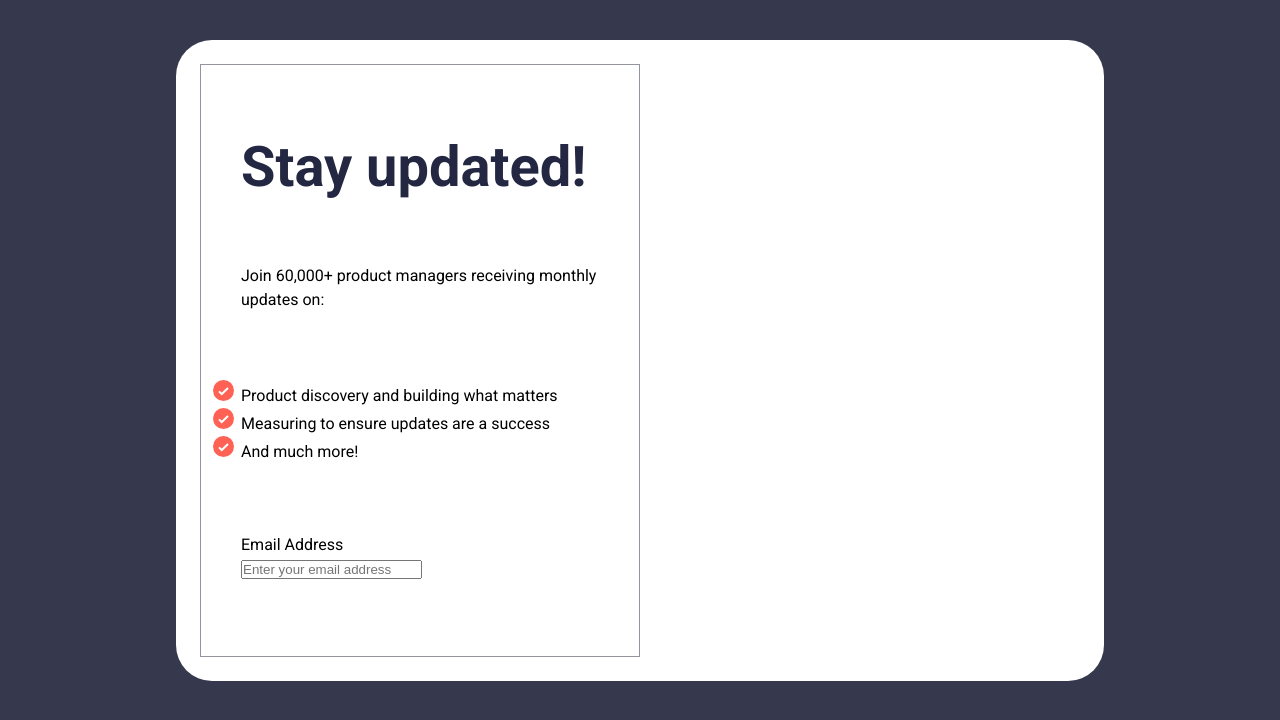
Repository: brandontaylor1/newsletter-signup
Page: index.html
These files come from the project's save history. The page is drawn as it stood at one moment and after the next save; the edit follows.
The browser window is 1280 px wide. The pictures show the whole page.

Above is the page before, as saved 2025-01-19 20:12:07.

After the next save:
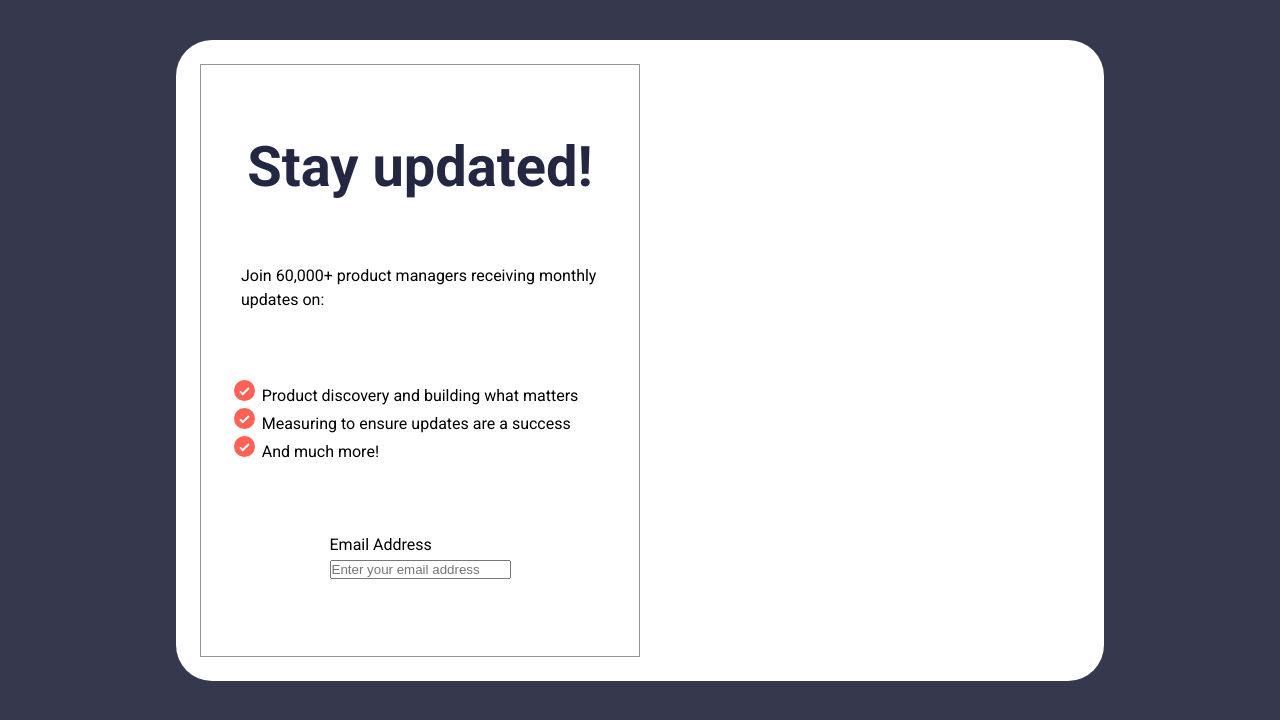
Saved 42 s later.
--- a/styles.css
+++ b/styles.css
@@ -49,6 +49,7 @@
     display: flex;
     flex-direction: column;
     justify-content: space-around;
+    align-items: center;
     border: 1px solid var(--neutral-color-gray);
 }
 

After the save that followed:
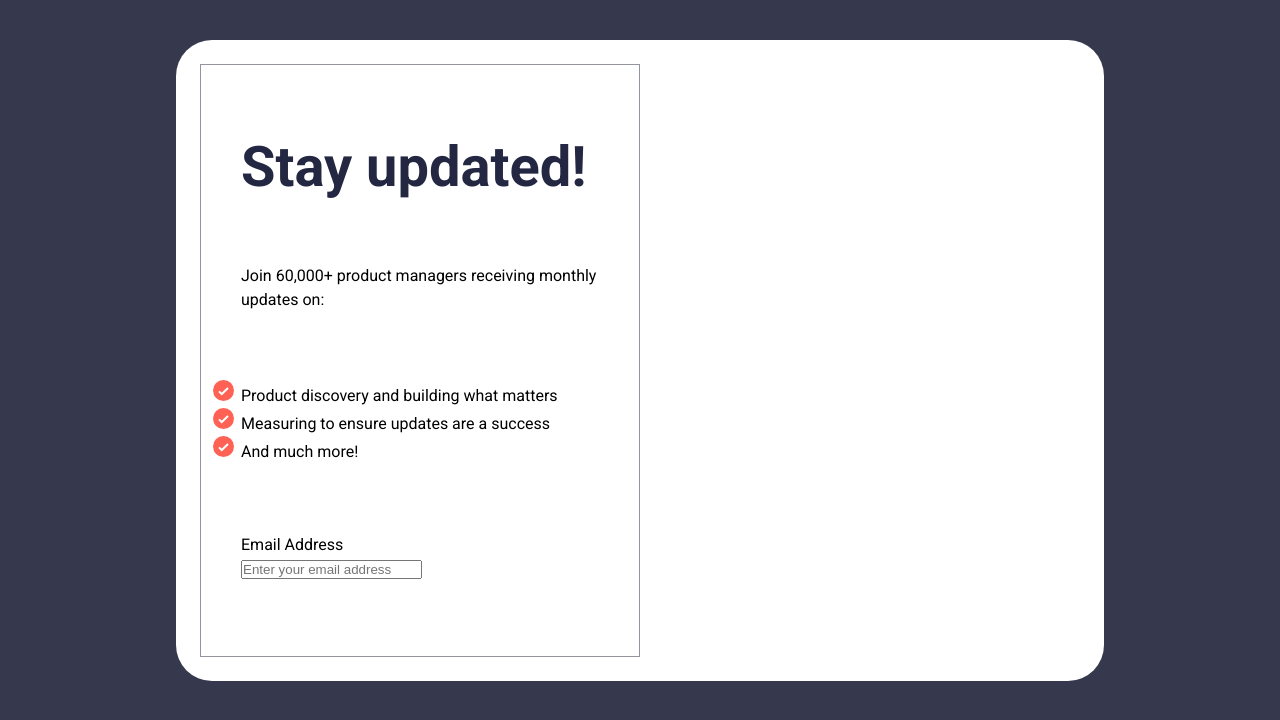
Saved 12 s later.
--- a/styles.css
+++ b/styles.css
@@ -49,7 +49,6 @@
     display: flex;
     flex-direction: column;
     justify-content: space-around;
-    align-items: center;
     border: 1px solid var(--neutral-color-gray);
 }
 
